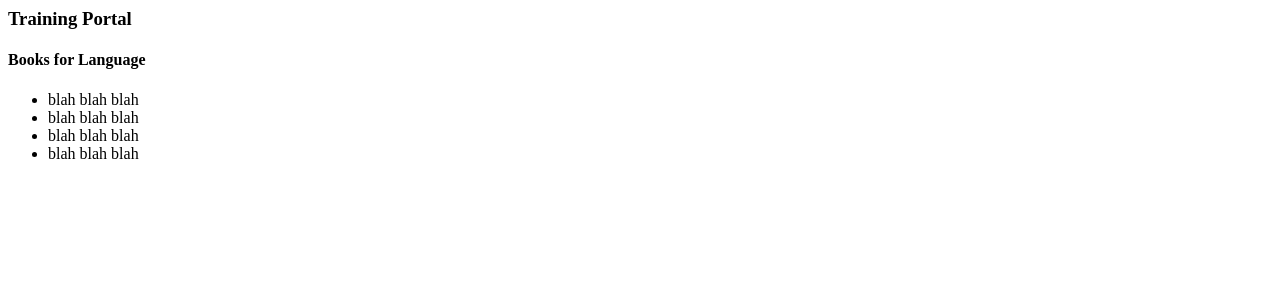
Repository: xiaoliu-lucy/JSP
Page: http://localhost/jspdemo/cookies-home.jsp
An editor plug-in stored every save of this project. The page is shown before and after the next save, followed by the edit.
The browser window is 1280 px wide. The pictures show the whole page.
The page is served by Tomcat 9.

Above is the page before, as saved 2017-08-12 23:50:58.

After the next save:
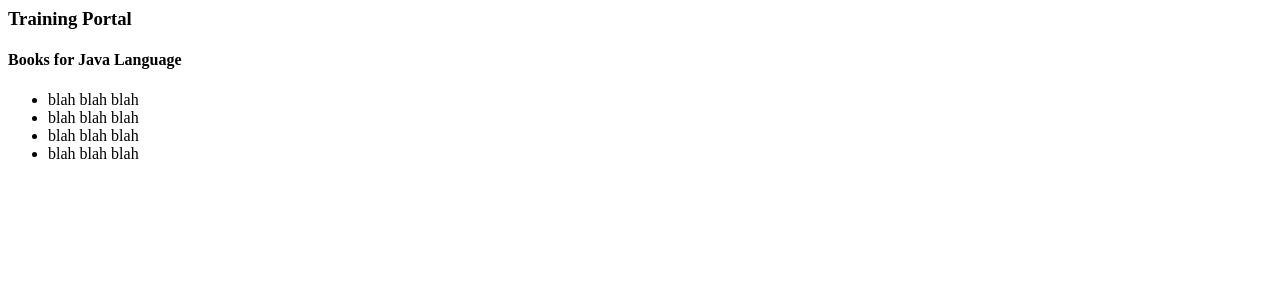
Saved 66 s later.
--- a/jspdemo/WebContent/cookies-home.jsp
+++ b/jspdemo/WebContent/cookies-home.jsp
@@ -18,7 +18,7 @@
 	}
 %>
 <!-- Show books for this language -->
-<h4>Books for ${param.favLang} Language</h4>
+<h4>Books for <%= favLang %> Language</h4>
 <ul>
 	<li>blah blah blah</li>
 	<li>blah blah blah</li>
